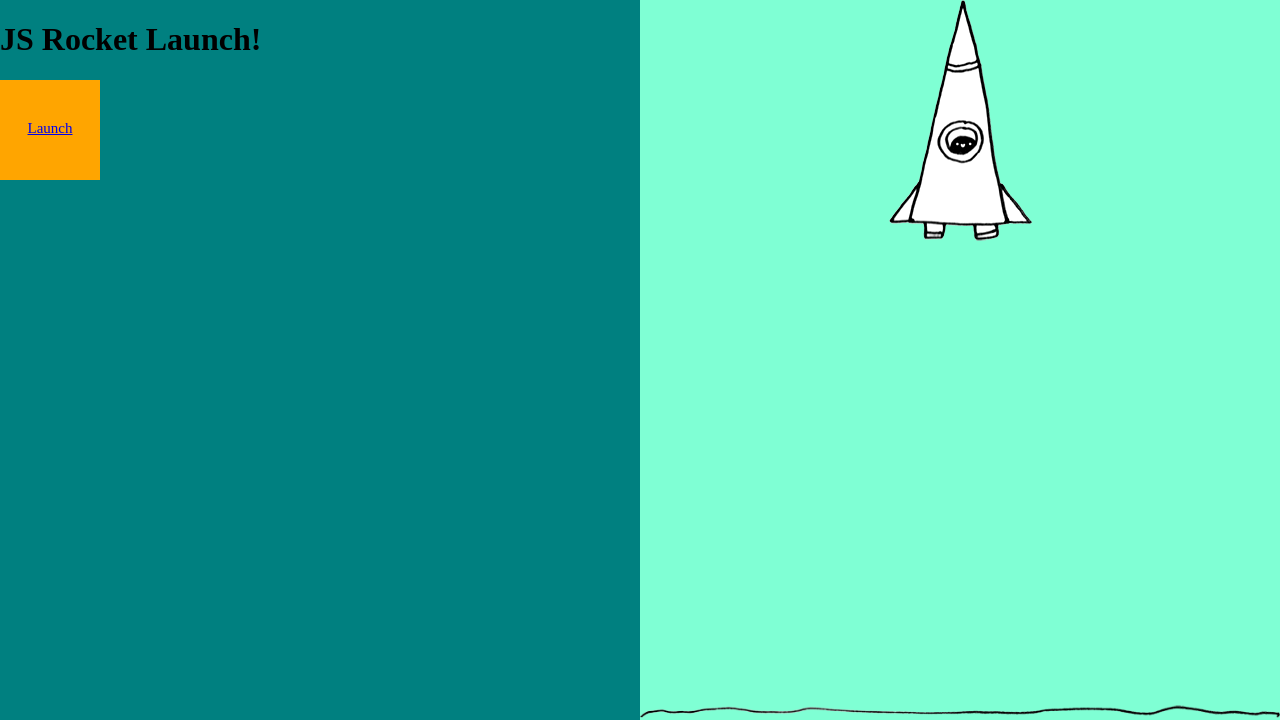
Repository: alcarrizo/Rocket-launch
Page: index.html
The author's editor kept a copy of each file at every save. The page is drawn from the files as they stood at one save, then again after the next save.
The browser window is 1280 px wide. The pictures show the whole page.

Above is the page before, as saved 2022-10-20 17:06:45.

### index.html
<!DOCTYPE html>
<html lang="en">
<head>
    <meta charset="UTF-8">
    <meta http-equiv="X-UA-Compatible" content="IE=edge">
    <meta name="viewport" content="width=device-width, initial-scale=1.0">
    <title>Rocket Launch sequence</title>
    <script type="text/javascript" src="js/script.js"> </script>
    <link rel="stylesheet" href="css/style.css">
</head>
<body class="body-state1" id="body">
    <div class="left">
        <div class="state1">
            <h1>JS Rocket Launch!</h1>
            <a href="#" class="button" onclick="changeState(2);">Launch</a>
        </div>
        <div class="state2">
            <h1 class="countdown" id="countdown">10</h1>
            <a href="#" class="button" onclick="changeState(1);">Abort</a>
        </div>
        <div class="state3">
            <h1>Lift Off!</h1>
        </div>
        <div class="state4">
            <h1>Well done!</h1>
            <a href="#" class="button" onclick="changeState(1);">Do it again</a>
        </div>
        <div class="state5">
            <h1>Oh No!!!!</h1>
            <a href="#" class="button" onclick="changeState(1);">Try Again!</a>
        </div>
    </div>

    <div class="right">
        <div class="rocket" id="rocket"></div>
        <div class="ground"></div>
    </div>
</body>
</html>

### js/script.js
/*var countDown = function (i) {
    console.log(i)
    setTimeout(function () {
        i--
        document.getElementById("countdown").innerHTML = i;
        if (document.getElementById('body').className != 'body-state1') {
            if (i > 0) {
                countDown(i)
            }
            else {
                changeState(3)
            }
        }

    }, 1000)
}*/
var timer = null;
var CountDownNum = 10;
var changeState = function (state) {
    document.body.className = 'body-state' + state;
    clearInterval(timer);
    if (state != 2 && document.getElementById('countdown').innerHTML != 10) {
        CountDownNum = 10;
        document.getElementById('countdown').innerHTML = CountDownNum;
    }
    if (state == 2) {
        timer = setInterval(() => {
            CountDownNum -= 1;
            document.getElementById('countdown').innerHTML = CountDownNum;

            if (CountDownNum <= 0) {
                changeState(3);

            }
        }, 200);
    }
    else if (state == 3) {
        var success = setTimeout(() => {
            var randomNum = Math.round(Math.random() * 10)
            //success
            console.log('random number: ' + randomNum)
            if (randomNum > 5) {
                changeState(4)
            }
            else {
                //fail
                changeState(5)
            }

        }, 2000);
    }
    // if (state == 1) {
    //     document.body.className = 'body-state1'
    // }
    // else if (state == 2) {
    //     document.body.className = 'body-state2'
    //     countDown(10)
    //     // for (let i = 10; i >= 0; i--) {
    //     //     setTimeout()
    //     //     document.getElementById("countdown").innerHTML = i;
    //     // }
    // }
    // else if (state == 3) {
    //     document.body.className = 'body-state3'
    //     document.getElementById('rocket').className = 'rocket flying';
    // }
    // else if (state == 4) {
    //     document.body.className = 'body-state4'
    // }
    // else {
    //     document.body.className = 'body-state5'
    // }
    // for (let i = 10; i >= 0; i--) {
    //     bdy.content = i;
    // }
    //document.getElementById('rocket').className = 'rocket flying';
}

### css/style.css
body {
    position: relative;
}

.left {
    position: fixed;
    box-sizing: border-box;
    width: 50%;
    height: 100%;
    top: 0;
    left: 0;
    background-color: teal;
}

.right {
    position: fixed;
    box-sizing: border-box;
    width: 50%;
    height: 100%;
    top: 0;
    right: 0;
    background-color: aquamarine;
}

.rocket {
    position: absolute;
    left: 50%;
    bottom: -10;
    width: 143px;
    height: 272px;
    background: url("../img/rocket-state1.png") no-repeat 0 0;
    background-size: 100%;
    transition: bottom 10s;
    margin-left: -71.5px;

}

.body-state1 .rocket {
    transition: none;

}


.body-state2 .rocket {

    background: url("../img/rocket-state2.gif") no-repeat 0 0;
    background-size: 100%;
}

.body-state3 .rocket,
.body-state4 .rocket {
    bottom: 1000px;
    background: url("../img/rocket-state3.gif") no-repeat 0 0;
    background-size: 100%;
}

.body-state5 .rocket {
    width: 209px;
    height: 200px;
    background: url("../img/boom.png") no-repeat 0 0;
    background-size: 100%;
}

.ground {
    position: absolute;
    bottom: 0;
    left: 0;
    background: url("../img/ground.png") no-repeat 0 0;
    background-size: 100%;
    width: 100%;
    height: 15px;

}

/* .ground {
    background-color: green;
    position: absolute;
    bottom: 0;
    left: 0;
    width: 100%;
    height: 20px;
} */

a {}

a.button {
    display: block;
    box-sizing: border-box;
    text-align: center;
    padding-top: 40px;
    height: 100px;
    width: 100px;
    font-size: 15px;
    background-color: orange;

}

.state1,
.state2,
.state3,
.state4,
.state5 {
    display: none;
}

body.body-state1 .state1 {
    display: block;
}

body.body-state2 .state2 {
    display: block;
}

body.body-state3 .state3 {
    display: block;
}

body.body-state4 .state4 {
    display: block;
}

body.body-state5 .state5 {
    display: block;
}

After the next save:
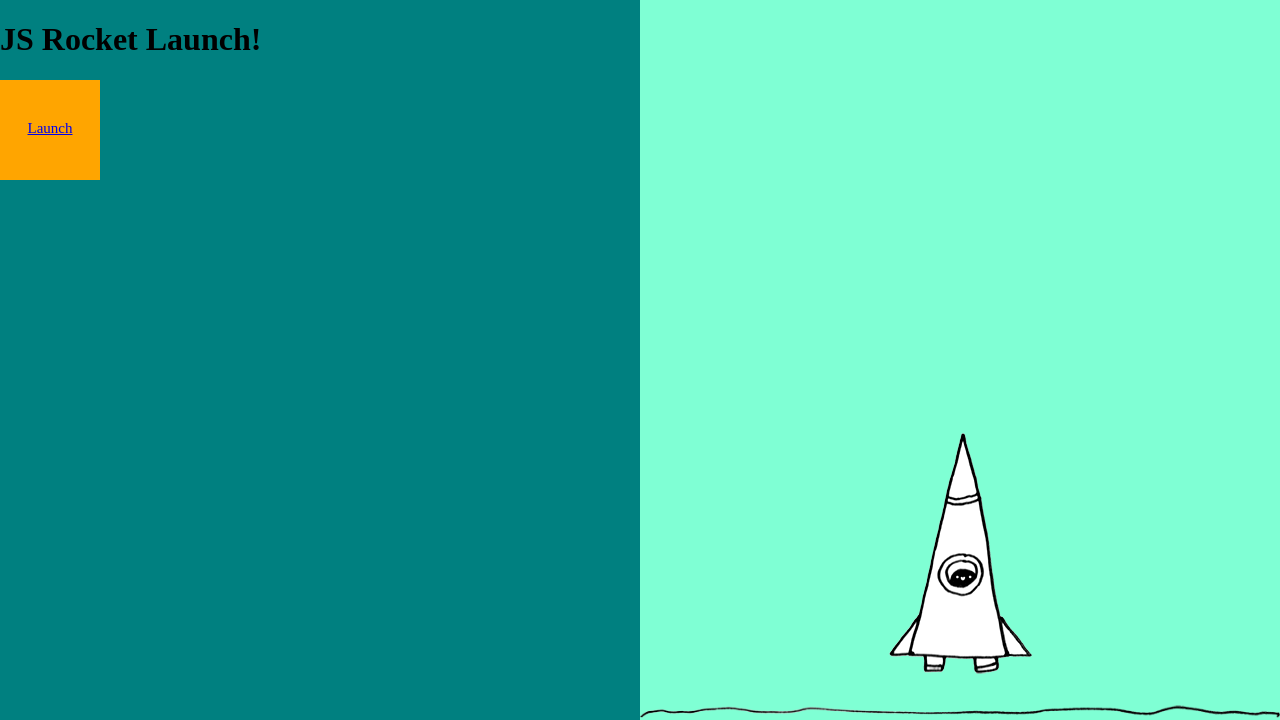
Saved 12 s later.
--- a/css/style.css
+++ b/css/style.css
@@ -25,7 +25,7 @@ body {
 .rocket {
     position: absolute;
     left: 50%;
-    bottom: -10;
+    bottom: 15px;
     width: 143px;
     height: 272px;
     background: url("../img/rocket-state1.png") no-repeat 0 0;
